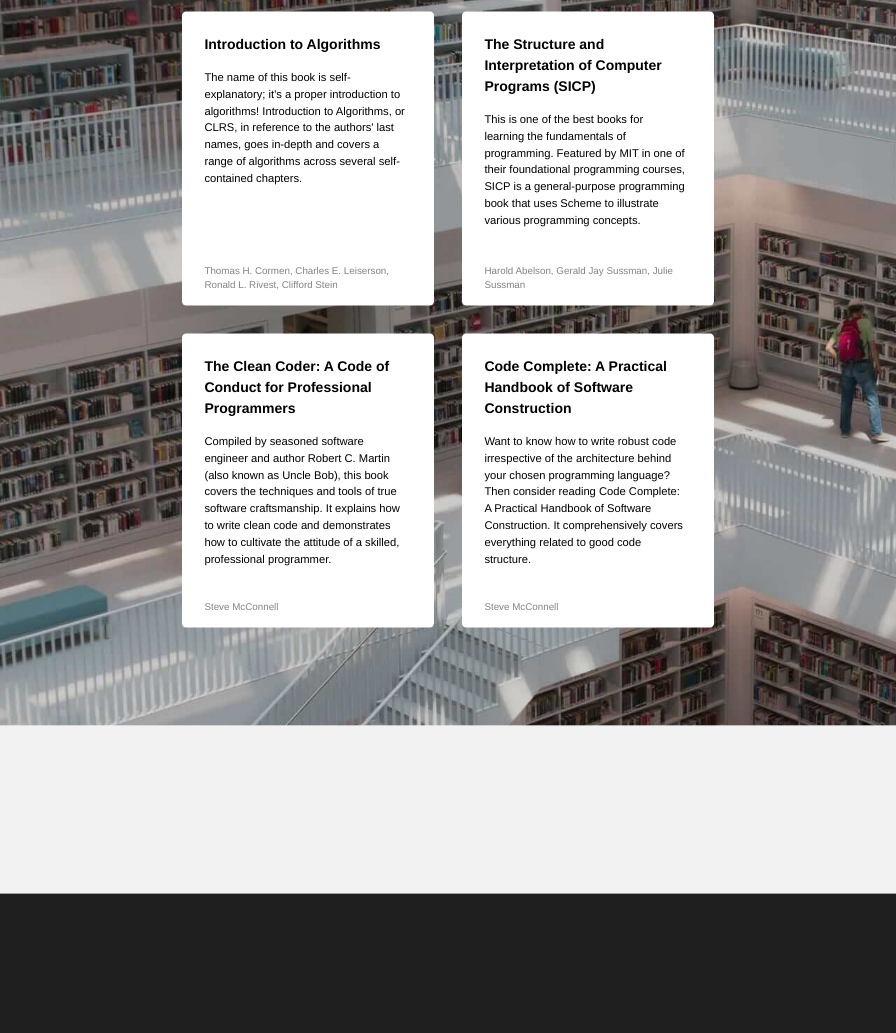
Repository: MWilliams-26/se_project_library
Page: index.html
These files come from the project's save history. The page is drawn as it stood at one moment and after the next save; the edit follows.
The browser window is 1280 px wide. The pictures show the part of the page from y = 1802 to 3722 px (the page is 3278 px tall before and 3722 px after), at 70% of full size.

Above is the page before, as saved 2023-04-03 12:17:09.

After the next save:
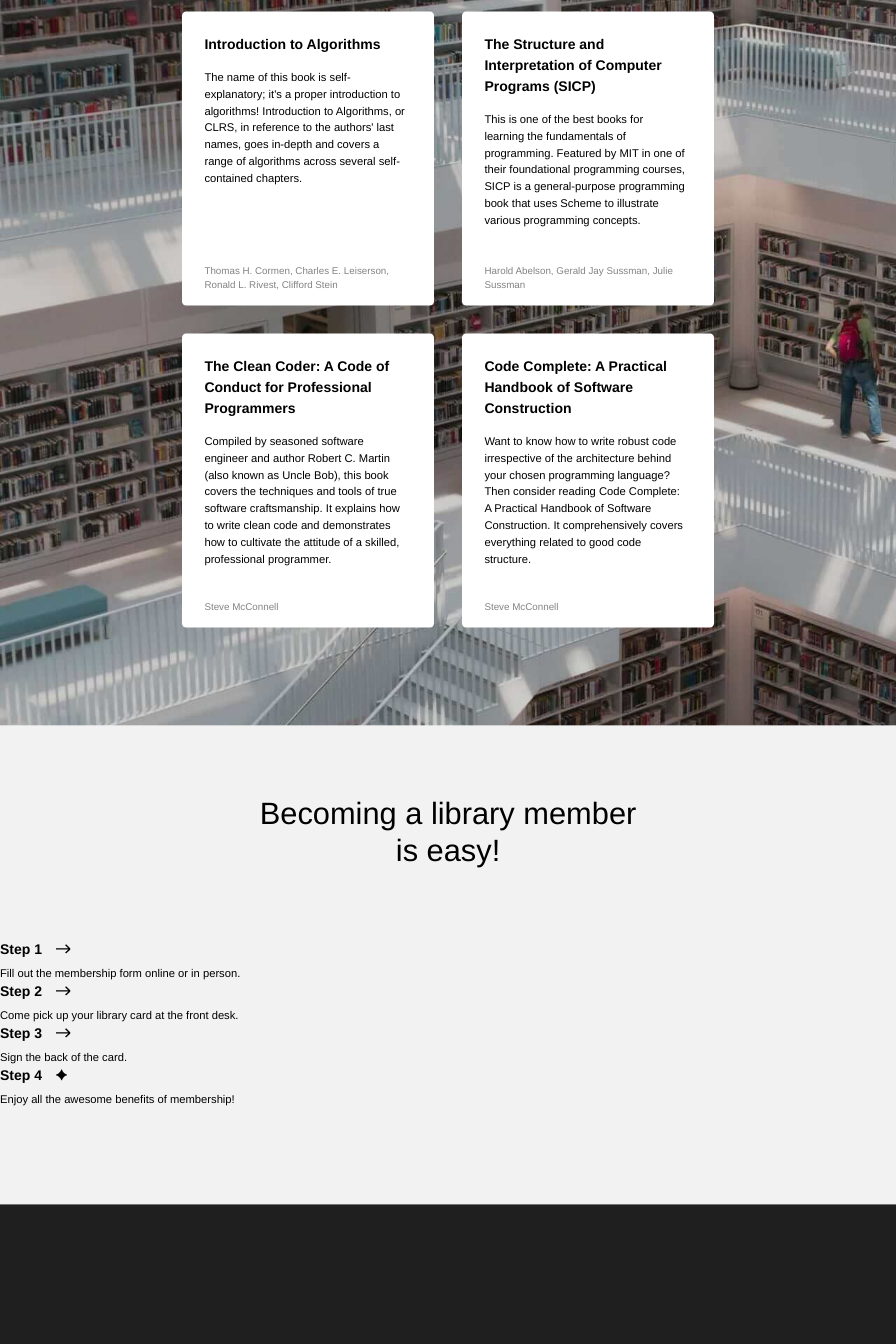
Saved 114 s later.
--- a/index.html
+++ b/index.html
@@ -230,59 +230,59 @@
           <!-- --------------------------------------------------------------- -->
           <!--         Don't uncomment until the final project stage           -->
           <!-- --------------------------------------------------------------- -->
-          <!--<h2 class="membership__title">Becoming a library member is easy!</h2>
-        <ul class="membership__steps">
-          <li class="step">
-            <h3 class="step__title">
-              Step 1
-              <img
-                src="./images/icon_step_forward.svg"
-                alt="icon forward"
-                class="step__icon"
-              />
-            </h3>
-            <p class="step__description">
-              Fill out the membership form online or in person.
-            </p>
-          </li>
-          <li class="step">
-            <h3 class="step__title">
-              Step 2
-              <img
-                src="./images/icon_step_forward.svg"
-                alt="icon forward"
-                class="step__icon"
-              />
-            </h3>
-            <p class="step__description">
-              Come pick up your library card at the front desk.
-            </p>
-          </li>
-          <li class="step">
-            <h3 class="step__title">
-              Step 3
-              <img
-                src="./images/icon_step_forward.svg"
-                alt="icon forward"
-                class="step__icon"
-              />
-            </h3>
-            <p class="step__description">Sign the back of the card.</p>
-          </li>
-          <li class="step">
-            <h3 class="step__title">
-              Step 4
-              <img
-                src="./images/icon_step_finish.svg"
-                alt="icon finish"
-                class="step__icon"
-              />
-            </h3>
-            <p class="step__description">
-              Enjoy all the awesome benefits of membership!
-            </p>
-          </li>
-        </ul>-->
+          <h2 class="membership__title">Becoming a library member is easy!</h2>
+          <ul class="membership__steps">
+            <li class="step">
+              <h3 class="step__title">
+                Step 1
+                <img
+                  src="./images/icon_step_forward.svg"
+                  alt="icon forward"
+                  class="step__icon"
+                />
+              </h3>
+              <p class="step__description">
+                Fill out the membership form online or in person.
+              </p>
+            </li>
+            <li class="step">
+              <h3 class="step__title">
+                Step 2
+                <img
+                  src="./images/icon_step_forward.svg"
+                  alt="icon forward"
+                  class="step__icon"
+                />
+              </h3>
+              <p class="step__description">
+                Come pick up your library card at the front desk.
+              </p>
+            </li>
+            <li class="step">
+              <h3 class="step__title">
+                Step 3
+                <img
+                  src="./images/icon_step_forward.svg"
+                  alt="icon forward"
+                  class="step__icon"
+                />
+              </h3>
+              <p class="step__description">Sign the back of the card.</p>
+            </li>
+            <li class="step">
+              <h3 class="step__title">
+                Step 4
+                <img
+                  src="./images/icon_step_finish.svg"
+                  alt="icon finish"
+                  class="step__icon"
+                />
+              </h3>
+              <p class="step__description">
+                Enjoy all the awesome benefits of membership!
+              </p>
+            </li>
+          </ul>
         </section>
 
         <section class="about">
